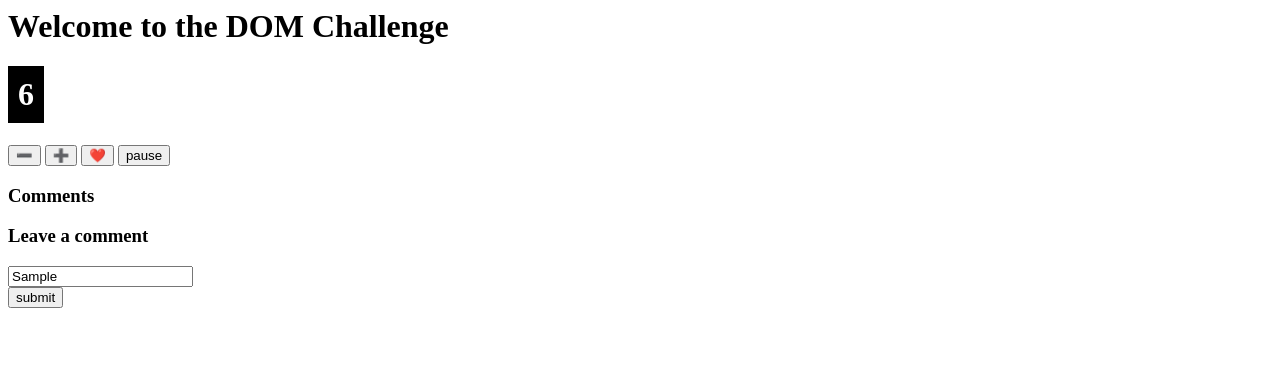
Repository: learn-co-students/jsdom-dom-challenge-austin-web-030920
Page: index.html
The author's editor kept a copy of each file at every save. The page is drawn from the files as they stood at one save, then again after the next save.
The browser window is 1280 px wide. The pictures show the whole page.
Empty fields were first filled with sample values (such as "Sample", 5 or name@example.com).
After loading, the first visible `#heart` was clicked once.

Above is the page before, as saved 2020-04-22 17:00:45.

After the next save:
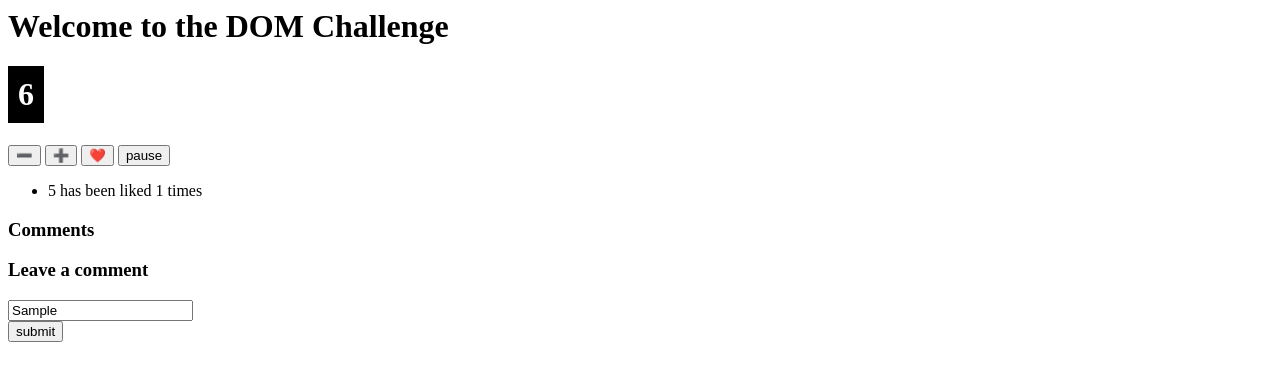
Saved 96 s later.
--- a/js/challenge.js
+++ b/js/challenge.js
@@ -57,6 +57,7 @@ function addLike(event) {
         let currentLike = document.createElement('li')
         currentLike.id = counter.innerText
         currentLike.innerText = `${counter.innerText} has been liked ${qtyLikes} times`
+        likes.appendChild(currentLike);
     } else {
         let currentLike = document.getElementById(counter.innerText)
         currentLike.innerText = `${counter.innerText} has been liked ${qtyLikes} times`
